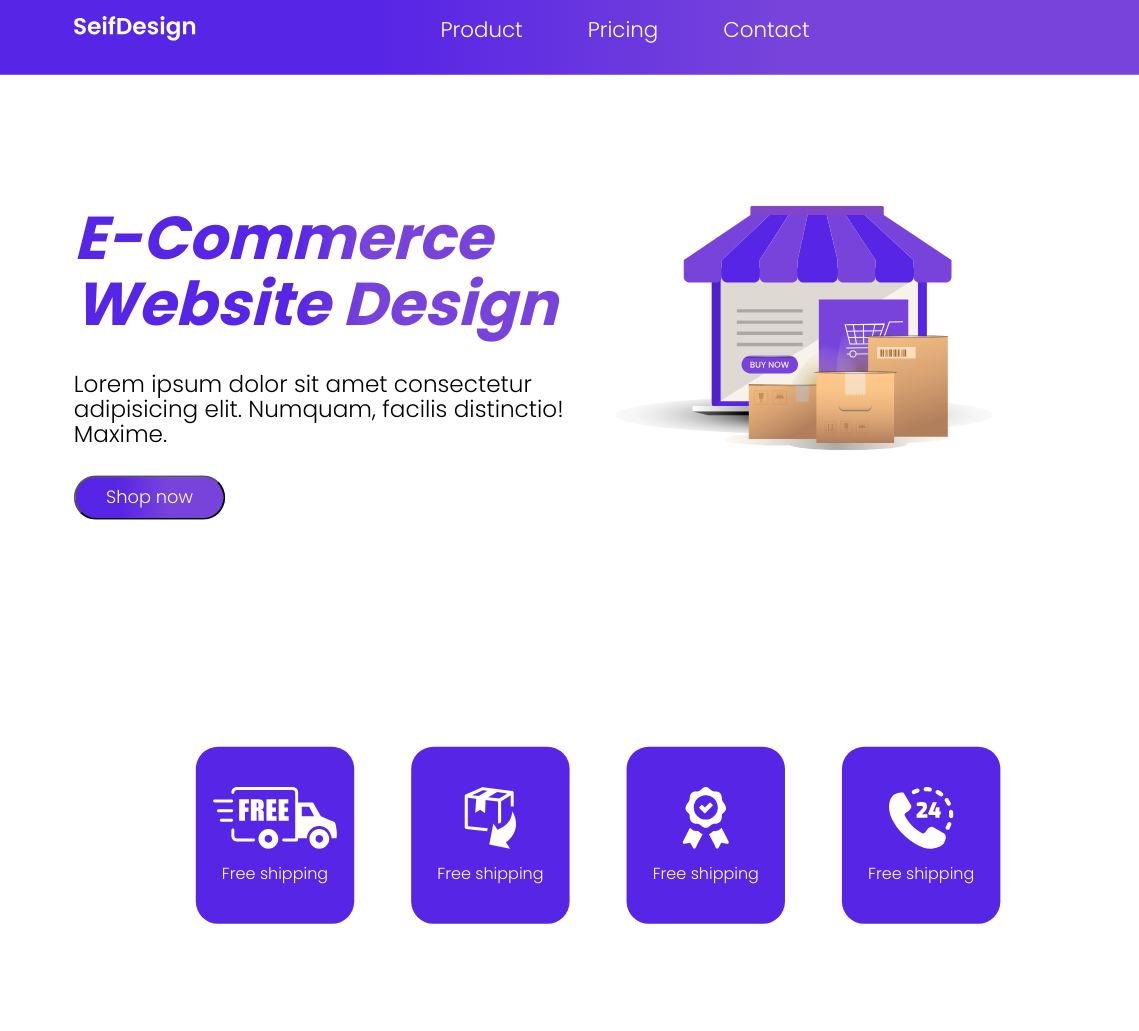
Repository: simralgasimov/newpage
Page: index.html
An editor plug-in stored every save of this project. The page is shown before and after a run of saves, followed by the edit.
The browser window is 1280 px wide. The pictures show the whole page, at 89% of full size.
The style sheet was rebuilt from its Sass, Less or Tailwind sources for each picture, by a compiler version that may differ from the author's.

Above is the page before, as saved 2023-12-13 14:44:27.
Not found: index.js

### index.html
<!DOCTYPE html>
<html lang="en">
  <head>
    <meta charset="UTF-8" />
    <meta name="viewport" content="width=device-width, initial-scale=1.0" />
    <title>Document</title>
    <link rel="stylesheet" href="./reset.css" />
    <link rel="stylesheet" href="./index.css" />
  </head>
  <body>
    <div class="container">
      <nav>
        <div class="logo">
          <img src=".//image/SeifDesign.svg" alt="" />
        </div>
        <ul>
          <li><a href="#">Product</a></li>
          <li><a href="#">Pricing</a></li>
          <li><a href="#">Contact</a></li>
        </ul>
        <div class="burgerMenu">
          <img src="./image/Frame 1.svg" alt="" />
        </div>
      </nav>
    </div>
    <div class="shopPage">
      <div class="page-1">
        <div class="rightPage">
          <h1>E-Commerce Website Design</h1>
          <p>
            Lorem ipsum dolor sit amet consectetur adipisicing elit. Numquam,
            facilis distinctio! Maxime.
          </p>
          <button><a href="#">Shop now</a></button>
        </div>
        <div class="leftPage">
          <img src=".//image/Group (1).svg" alt="" />
        </div>
      </div>
      <div class="page-2">
        <ul>
          <li>
            <img src="./image/Group (2).svg" alt="" />
            <p>Free shipping</p>
          </li>

          <li>
            <img src="./image/Vector (1).svg" alt="" />
            <p>Free shipping</p>
          </li>
          <li>
            <img src="./image/Group (3).svg" alt="" />
            <p>Free shipping</p>
          </li>
          <li>
            <img src="./image/Vector (2).svg" alt="" />
            <p>Free shipping</p>
          </li>
        </ul>
      </div>
    </div>
  </body>
  <script src="./index.js"></script>
</html>

### index.scss
@import url("https://fonts.googleapis.com/css2?family=Poppins:wght@300;700&display=swap");
* {
  margin: 0;
  padding: 0;
  box-sizing: border-box;
}
.container {
  padding: 16px 83px 33px 83px;
  background: linear-gradient(270deg, #7743db 31.64%, #5725e5 66.78%);
  @media screen and (max-width: 1024px) {
    padding: 21px 21px;
  }
  nav {
    display: flex;
    align-items: center;
    @media screen and (max-width: 1024px) {
      display: flex;
      justify-content: space-between;
    }
    .burgerMenu {
      display: none;
      @media screen and (max-width: 1024px) {
        display: block;
      }
    }
    .logo {
      width: 139px;
    }
    @media screen and (max-width: 1024px) {
      width: 97px;
    }
    ul {
      @media screen and (max-width: 1024px) {
        display: none;
      }
      display: flex;
      list-style-type: none;
      margin-left: 200px;

      li {
        margin-left: 73px;

        a {
          text-decoration: none;
          width: 98px;
          height: 30px;
          color: #fff;
          text-align: center;
          font-family: Poppins;
          font-size: 24px;
          font-style: normal;
          font-weight: 300;
          line-height: normal;
        }
      }
    }
  }
}
.shopPage {
  /* position: absolute; */

  /* // background-size: contain; */
  .page-1 {
    padding: 147px 164px 43px 83px;
    display: flex;
    justify-content: center;
    height: 874.5px;
    .rightPage {
      h1 {
        margin-bottom: 32px;
        width: 608px;
        height: 154px;
        font-family: Poppins;
        font-size: 68px;
        font-style: italic;
        font-weight: 700;
        line-height: 109%; /* 74.12px */
        background: linear-gradient(268deg, #7743db 46.2%, #5725e5 59.09%);
        background-clip: text;
        -webkit-background-clip: text;
        -webkit-text-fill-color: transparent;
      }
      p {
        width: 608px;
        color: #000;
        font-family: Poppins;
        font-size: 26px;
        font-style: normal;
        font-weight: 300;
        line-height: 109%;
      }
      button {
        margin-top: 32px;
        display: flex;
        width: 170px;
        height: 50px;
        padding: 0px 24px;
        justify-content: center;
        align-items: center;
        flex-shrink: 0;
        border-radius: 25px;
        background: linear-gradient(263deg, #7743db 38.81%, #5725e5 70.24%);
        a {
          text-decoration: none;
          color: #fff;
          font-family: Poppins;
          font-size: 20px;
          font-style: normal;
          font-weight: 400;
          line-height: 109%; /* 21.8px */
        }
      }
    }
    .leftPage {
      img {
        width: 100%;
      }
    }
  }
  .page-2 {
    ul {
      display: flex;
      justify-content: center;

      li {
        margin-left: 64px;
        position: relative;

        bottom: 120px;

        display: flex;
        width: 178px;
        height: 199px;
        padding: 10px;
        flex-direction: column;
        justify-content: center;
        align-items: center;
        gap: 18px;
        flex-shrink: 0;
        border-radius: 25px;
        background: #5725e5;
        img {
          width: 139.997px;
          height: 70px;
        }
        p {
          color: #fff;
          text-align: center;
          font-family: Poppins;
          font-size: 18px;
          font-style: normal;
          font-weight: 400;
          line-height: 109%; /* 19.62px */
        }
      }
    }
  }
}

Loaded but not shown: reset.css (common file)

After the next 2 saves:
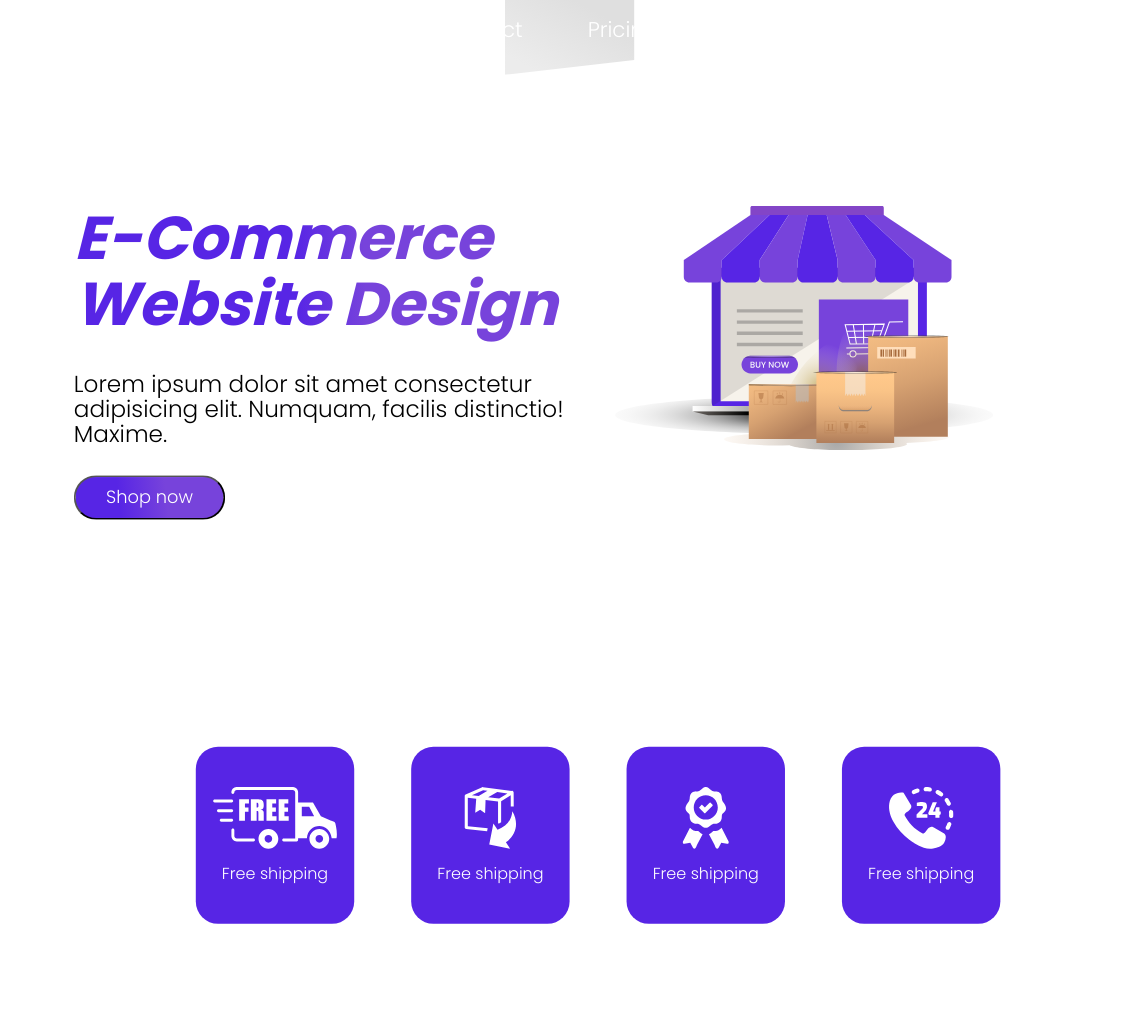
The 2 saves are shown as one change because they came seconds apart.
The last was saved 6 s later.
--- a/index.scss
+++ b/index.scss
@@ -5,8 +5,11 @@
   box-sizing: border-box;
 }
 .container {
+    background-image: url(./image/Rectangle\ 3.svg);
+    background-repeat: no-repeat;
+      background-size: 100% 100%;
   padding: 16px 83px 33px 83px;
-  background: linear-gradient(270deg, #7743db 31.64%, #5725e5 66.78%);
+  /* background: linear-gradient(270deg, #7743db 31.64%, #5725e5 66.78%); */
   @media screen and (max-width: 1024px) {
     padding: 21px 21px;
   }
